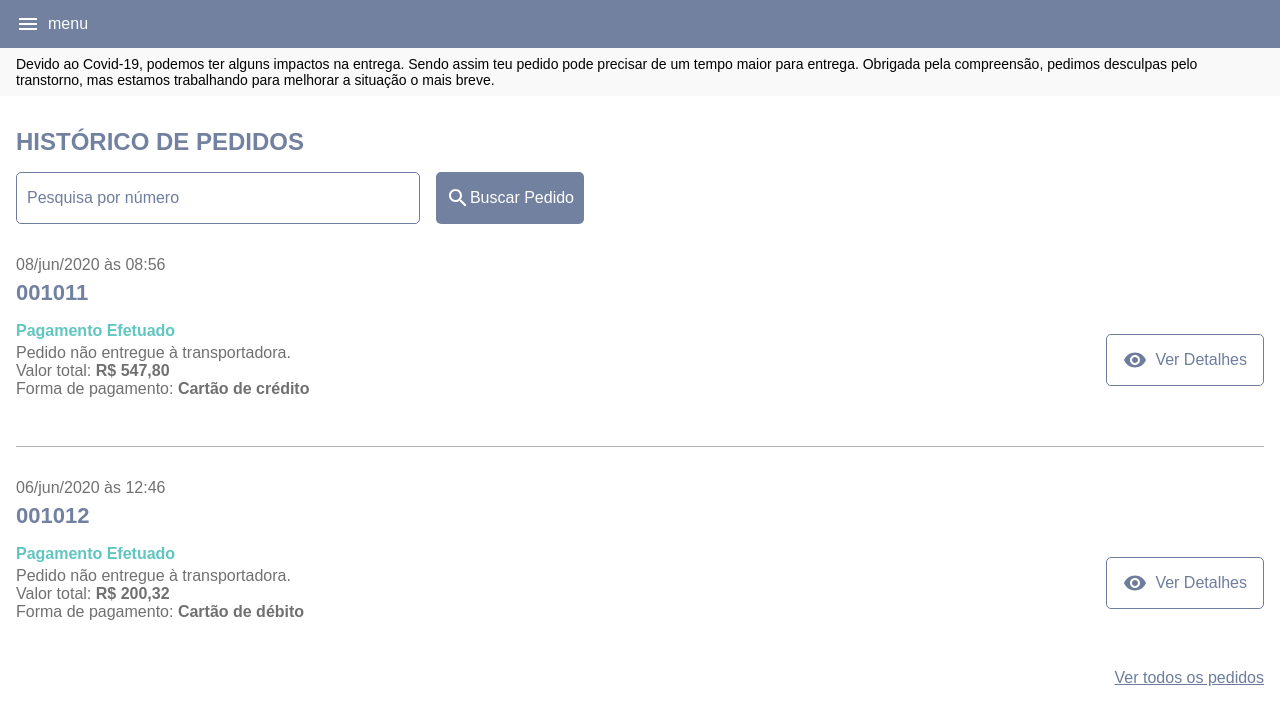
Repository: indiamarasiqueira/gestao-produto
Page: /
An editor plug-in stored every save of this project. The page is shown before and after the next save, followed by the edit.
The browser window is 1280 px wide. The pictures show the whole page.
The project was rebuilt for these pictures with package versions that can differ from the ones it lists, and the page was loaded fresh each time. Also part of the build but not shown: src/pages/generic/style.js, src/pages/generic/index.js, src/components/ModalMenu/index.js.

Above is the page before, as saved 2020-07-07 10:30:46.

After the next save:
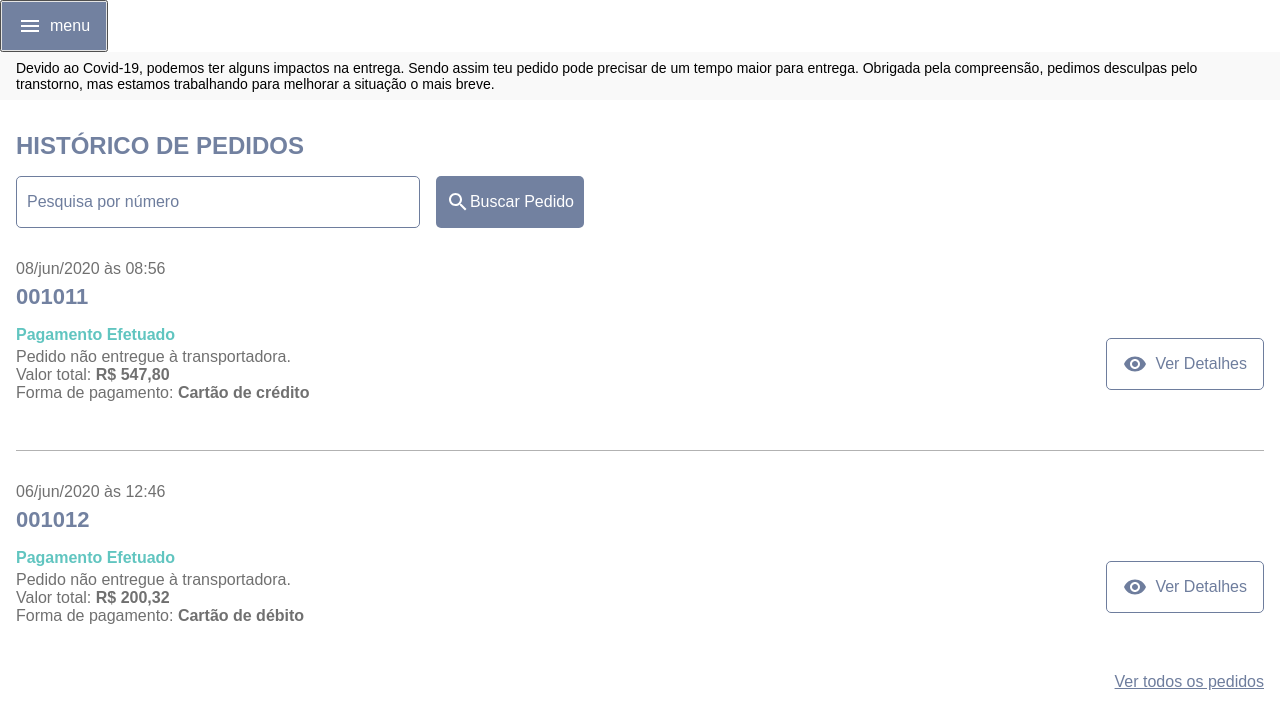
Saved 2 s later.
--- a/src/components/AppMenu/index.js
+++ b/src/components/AppMenu/index.js
@@ -1,4 +1,4 @@
-import React, { useState, Fragment } from "react";
+import React, { useState } from "react";
 import { useHistory } from "react-router-dom";
 
 import MenuIcon from "@material-ui/icons/Menu";
@@ -11,6 +11,7 @@ import CloseIcon from "@material-ui/icons/Close";
 import ModalMenu from '../ModalMenu/index';
 
 import {
+  MenuMain,
   Button,
   BoxIcon,
   MainMenu,
@@ -31,7 +32,7 @@ const AppMenu = () => {
   }
 
   return (
-    <Fragment>
+    <MenuMain>
       <Button onClick={() => showModal(!show)}>
         <BoxIcon>{show ? <CloseIcon /> : <MenuIcon />}</BoxIcon>
         menu
@@ -70,7 +71,7 @@ const AppMenu = () => {
           </MenuList>
         </MainMenu>
       </ModalMenu>
-    </Fragment>
+    </MenuMain>
   );
 };
 export default AppMenu;
